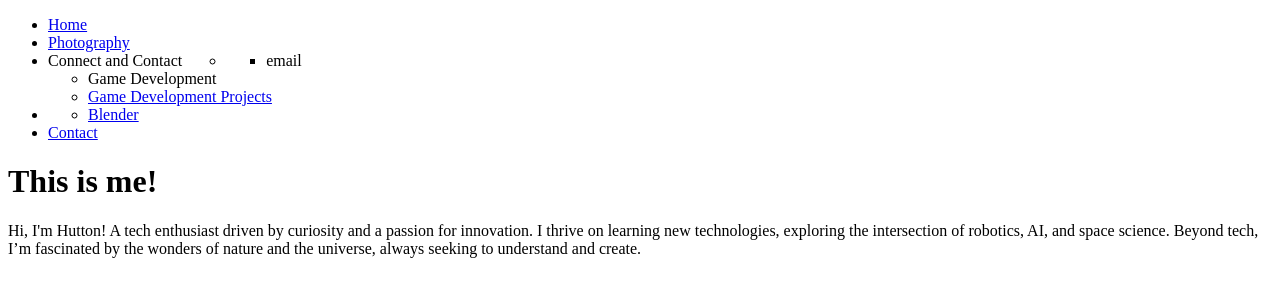
Repository: Argivist/ArgPortfolio
Page: index.html
An editor plug-in stored every save of this project. The page is shown before and after the next save, followed by the edit.
The browser window is 1280 px wide. The pictures show the whole page.

Above is the page before, as saved 2025-03-28 14:43:11.

After the next save:
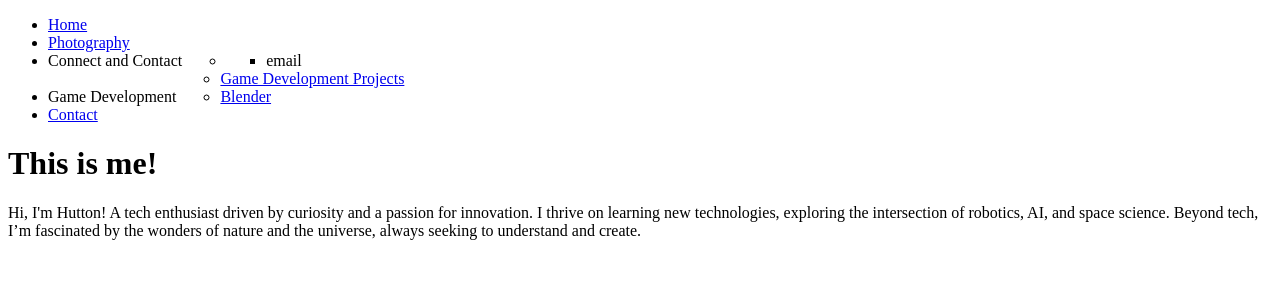
Saved 39 s later.
--- a/index.html
+++ b/index.html
@@ -28,11 +28,10 @@
                         </ul>
                     </li>
                 </ul>
-
             </li>
             <li>
+                Game Development
                 <ul class="dropdown">
-                    <li>Game Development</li>
                     <li><a href="game/index.html">Game Development Projects</a></li>
                     <li><a href="blender/index.html">Blender</a></li>
                 </ul>
